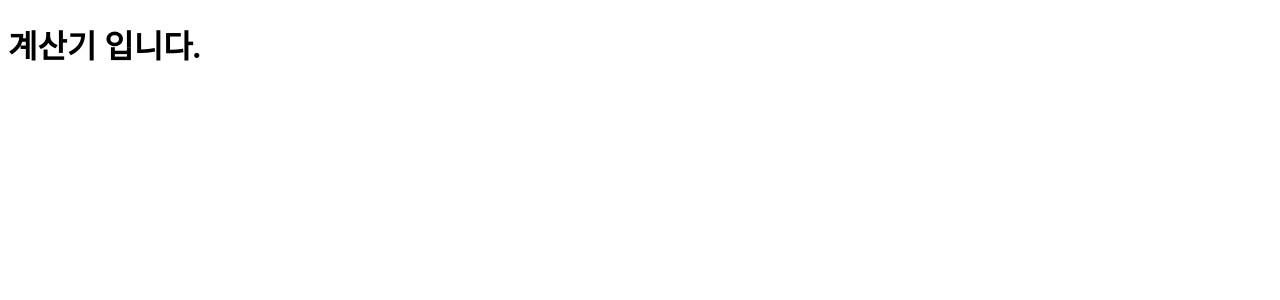
Repository: minimelody/servlet
Page: webworkspace2/web1/WebContent/views/ex1/cal.html
An editor plug-in stored every save of this project. The page is shown before and after the next save, followed by the edit.
The browser window is 1280 px wide. The pictures show the whole page.

Above is the page before, as saved 2018-05-17 07:28:00.

### webworkspace2/web1/WebContent/views/ex1/cal.html
<!DOCTYPE html>
<html>
<head>
<meta charset="UTF-8">
<title>Insert title here</title>
</head>
<body>
	<h1>계산기 입니다.</h1>
</body>
</html>

After the next save:
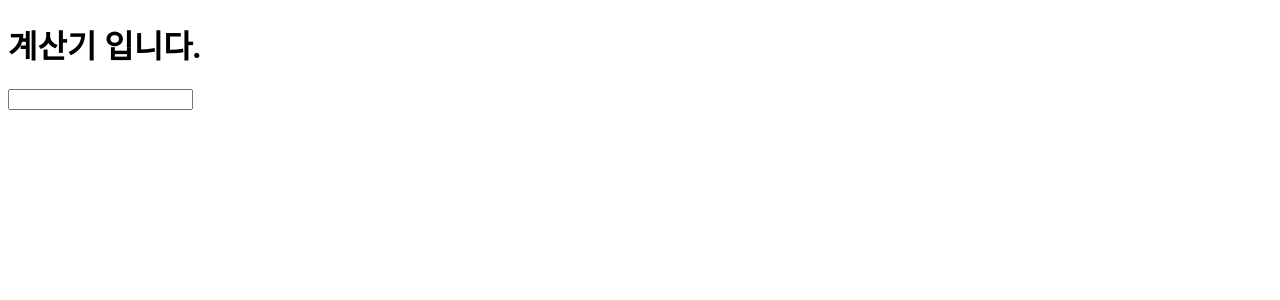
Saved 72 s later.
--- a/webworkspace2/web1/WebContent/views/ex1/cal.html
+++ b/webworkspace2/web1/WebContent/views/ex1/cal.html
@@ -6,5 +6,6 @@
 </head>
 <body>
 	<h1>계산기 입니다.</h1>
+	<input type="text" name="firstValue">
 </body>
 </html>
